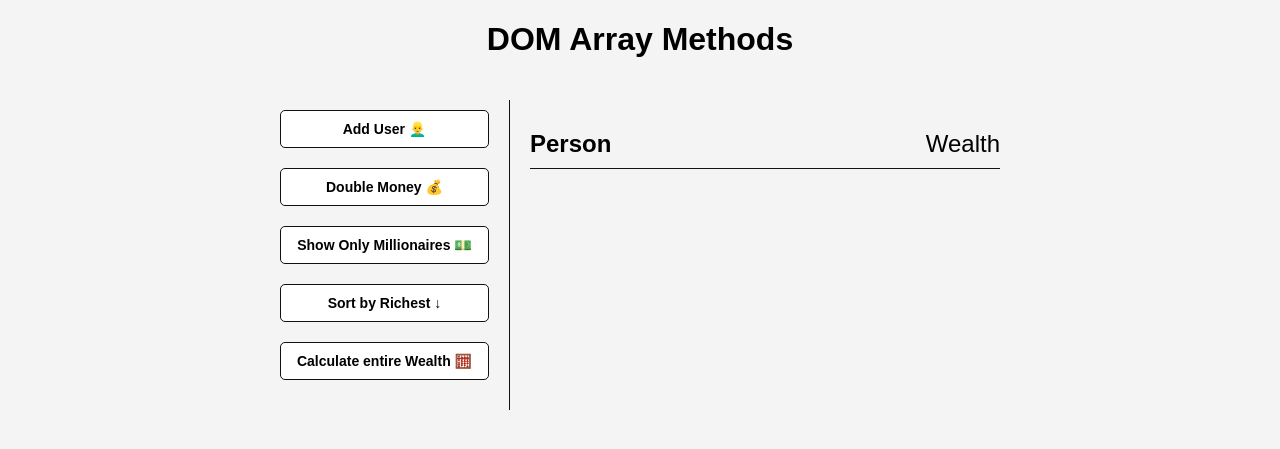
Repository: Youvelop/DOMArrayMethods
Page: index.html
The author's editor kept a copy of each file at every save. The page is drawn from the files as they stood at one save, then again after the next save.
The browser window is 1280 px wide. The pictures show the whole page.

Above is the page before, as saved 2020-07-01 11:49:31.

### index.html
<!DOCTYPE html>
<html lang="en">
  <head>
    <meta charset="UTF-8" />
    <meta name="viewport" content="width=device-width, initial-scale=1.0" />
    <link rel="stylesheet" href="style.css" />
    <title>DOM Array Methods</title>
  </head>
  <body>
    <h1>DOM Array Methods</h1>

    <div class="container">
      <aside>
        <button id="add-user">Add User 👱‍♂️</button>
        <button id="double">Double Money 💰</button>
        <button id="show-millionaire">Show Only Millionaires 💵</button>
        <button id="sort">Sort by Richest ↓</button>
        <button id="calculate-wealth">Calculate entire Wealth 🧮</button>
      </aside>
      <main id="main">
        <h2><strong>Person</strong>Wealth</h2>
      </main>
    </div>

    <script src="script.js"></script>
  </body>
</html>

### style.css
* {
  box-sizing: border-box;
}
body {
  background: #f4f4f4;
  font-family: Arial, Helvetica, sans-serif;
  display: flex;
  flex-direction: column;
  align-items: center;
  min-height: 100vh;
  margin: 0;
}

.container {
  display: flex;
  padding: 20px;
  margin: 0 auto;
  max-width: 100%;
  width: 800px;
}

aside {
  padding: 10px 20px;
  width: 250px;
  border-right: 1px solid #111;
}
button {
  cursor: pointer;
  background-color: #fff;
  border: solid 1px #111;
  border-radius: 5px;
  display: block;
  width: 100%;
  padding: 10px;
  margin-bottom: 20px;
  font-weight: bold;
  font-size: 14px;
}

main {
  flex: 1;
  padding: 10px 20px;
}

h2 {
  border-bottom: 1px solid #111;
  padding-bottom: 10px;
  display: flex;
  justify-content: space-between;
  font-weight: 300;
}

Loaded but not shown: script.js (no copy from this time; the picture is the same without it)

After the next save:
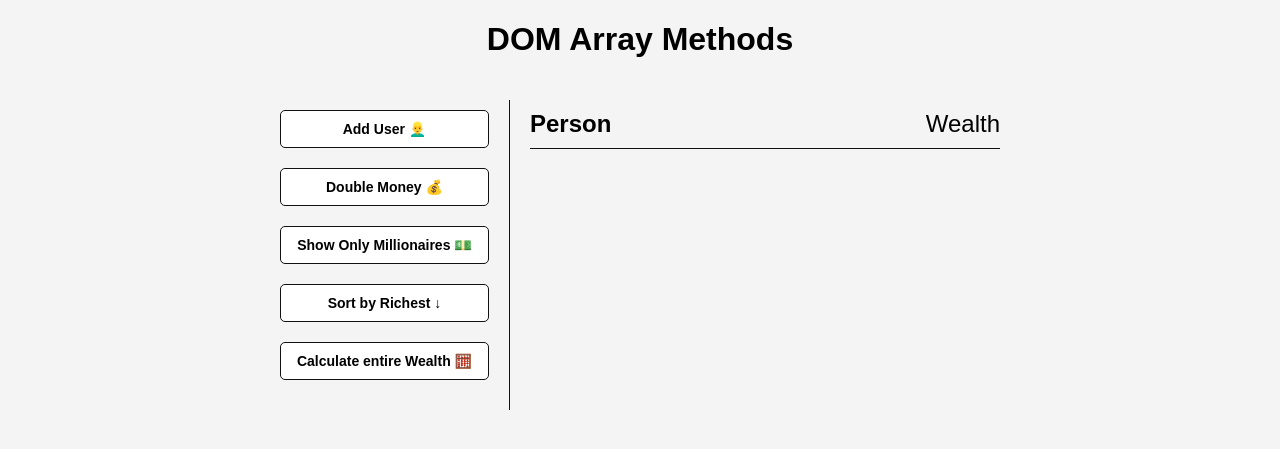
Saved 17 s later.
--- a/style.css
+++ b/style.css
@@ -48,4 +48,5 @@ h2 {
   display: flex;
   justify-content: space-between;
   font-weight: 300;
+  margin: 0 0 20px;
 }
